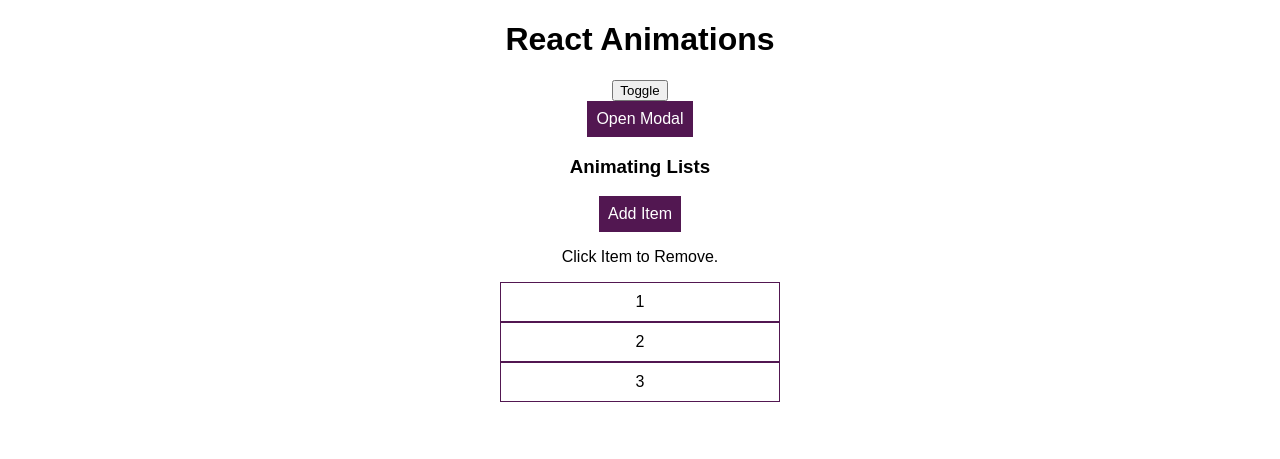
Repository: Aqsajj/react-learning
Page: / (app in animations/animations--01-start/)
The author's editor kept a copy of each file at every save. The page is drawn from the files as they stood at one save, then again after the next save.
The browser window is 1280 px wide. The pictures show the whole page.
The project was rebuilt for these pictures with package versions that can differ from the ones it lists, and the page was loaded fresh each time.

Above is the page before, as saved 2020-06-11 20:16:47.

### animations/animations--01-start/src/App.js
import React, { Component } from "react";

import "./App.css";
import Modal from "./components/Modal/Modal";
import Backdrop from "./components/Backdrop/Backdrop";
import List from "./components/List/List";

class App extends Component {
  state = {
    modalIsOpen: false,
    showBlock: false
  }

  showModal = () => {
    this.setState({
      modalIsOpen: true
    })
  }
  hideModal = () => {
    this.setState({
      modalIsOpen: false
    })
  }

  render() {
    return (
      <div className="App">
        <h1>React Animations</h1>
        <button onClick={() => this.setState(prevState => ({ showBlock: !prevState.showBlock }))} >
          Toggle
          </button>
        <br></br>
        {
          this.state.showBlock ? <div style={{
            backgroundColor: "red",
            width: 100,
            height: 100
          }}></div> : null
        }
        <Modal show={this.state.modalIsOpen} closed={this.hideModal} />
        <Backdrop />
        <button className="Button" onClick={this.showModal}>Open Modal</button>
        <h3>Animating Lists</h3>
        <List />
      </div >
    );
  }
}

export default App;

### animations/animations--01-start/src/components/Modal/Modal.js
import React from 'react';

import './Modal.css';

const modal = (props) => {
    const cssClasses = ['Modal', props.show ? 'ModalOpen' : 'ModalClose']
    return (
        <div className={cssClasses.join(' ')}>
            <h1>A Modal</h1>
            <button className="Button" onClick={props.closed}>Dismiss</button>
        </div>
    )
}

export default modal;

### animations/animations--01-start/src/components/Backdrop/Backdrop.js
import React from 'react';

import './Backdrop.css';

const backdrop = (props) => {
    const cssClasses = ['Backdrop', props.show ? 'BackdropOpen' : 'BackdropClose']
    return (<div className={cssClasses.join(' ')}></div>)
}


export default backdrop;

### animations/animations--01-start/src/components/List/List.js
import React, { Component } from 'react';

import './List.css';

class List extends Component {
    state = {
        items: [1, 2, 3]
    }

    addItemHandler = () => {
        this.setState((prevState) => {
            return {
                items: prevState.items.concat(prevState.items.length + 1)
            };
        });
    }

    removeItemHandler = (selIndex) => {
        this.setState((prevState) => {
            return {
                items: prevState.items.filter((item, index) => index !== selIndex)
            };
        });
    }

    render () {
        const listItems = this.state.items.map( (item, index) => (
            <li
                key={index}
                className="ListItem"
                onClick={() => this.removeItemHandler(index)}>{item}</li>
        ) );

        return (
            <div>
                <button className="Button" onClick={this.addItemHandler}>Add Item</button>
                <p>Click Item to Remove.</p>
                <ul className="List">
                    {listItems}
                </ul>
            </div>
        );
    }
}

export default List;

### animations/animations--01-start/src/components/Modal/Modal.css
.Modal {
  position: fixed;
  z-index: 200;
  border: 1px solid #eee;
  box-shadow: 0 2px 2px #ccc;
  background-color: white;
  padding: 10px;
  text-align: center;
  box-sizing: border-box;
  top: 30%;
  left: 25%;
  width: 50%;
  transition: all 0.3s ease-out;
}

.ModalOpen {
  animation: openModal 0.4s ease-out forwards;
}

.ModalClose {
  animation: closeModal 0.4s ease-out forwards;
}

@keyframes openModal {
  0% {
    opacity: 0;
    transform: translateY(-100%);
  }
  50% {
    opacity: 1;
    transform: translateY(90%);
  }
  100% {
    opacity: 1;
    transform: translateY(0);
  }
}

@keyframes closeModal {
  0% {
    opacity: 1;
    transform: translateY(0);
  }
  50% {
    opacity: 0.8;
    transform: translateY(60%);
  }
  100% {
    opacity: 0;
    transform: translateY(-100%);
  }
}

### animations/animations--01-start/src/components/Backdrop/Backdrop.css
.Backdrop {
  position: fixed;
  z-index: 100;
  top: 0;
  left: 0;
  width: 100%;
  height: 100%;
  background-color: rgba(0, 0, 0, 0.8);
}

.BackdropOpen {
  display: block;
}

.BackdropClose {
  display: none;
}

Loaded but not shown: animations/animations--01-start/public/index.html (common file); animations/animations--01-start/src/index.js (common file); animations/animations--01-start/src/index.css (common file); animations/animations--01-start/src/registerServiceWorker.js (common file); animations/animations--01-start/src/App.css (common file); animations/animations--01-start/src/components/List/List.css (common file)

After the next save:
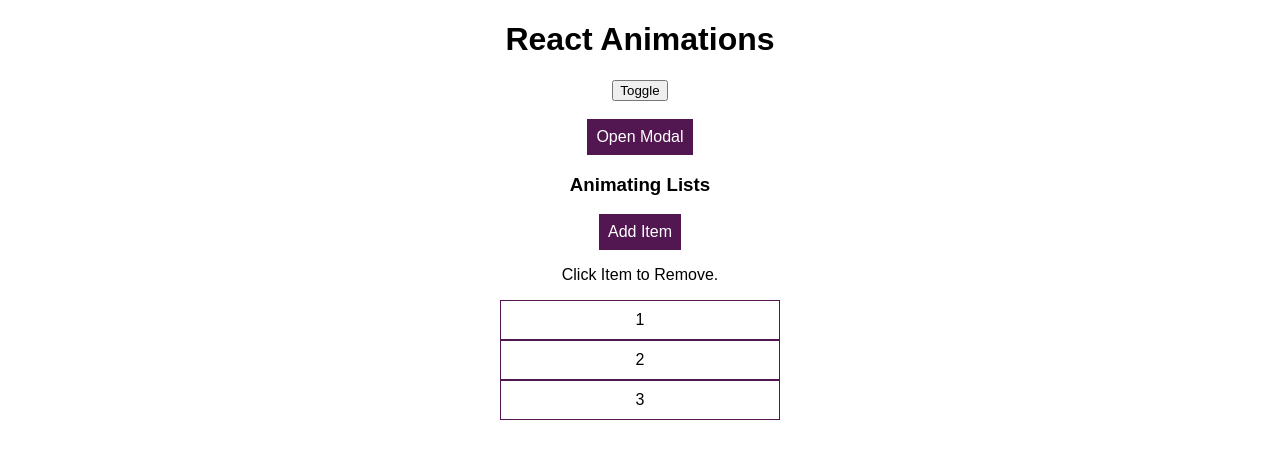
Saved 80 s later.
--- a/animations/animations--01-start/src/App.js
+++ b/animations/animations--01-start/src/App.js
@@ -29,7 +29,8 @@ class App extends Component {
         <button onClick={() => this.setState(prevState => ({ showBlock: !prevState.showBlock }))} >
           Toggle
           </button>
-        <br></br>
+        <br />
+        <br />
         {
           this.state.showBlock ? <div style={{
             backgroundColor: "red",
